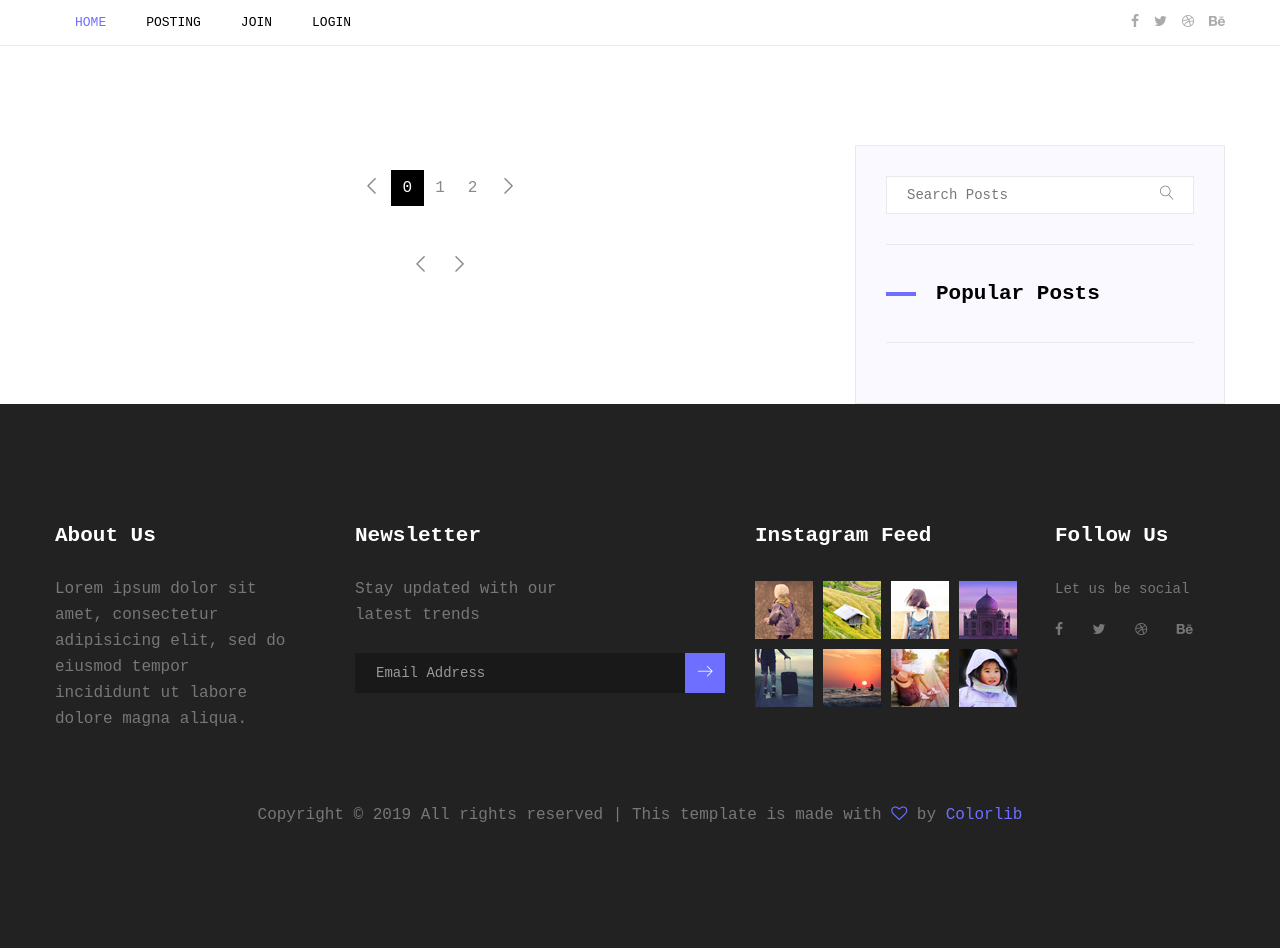
Repository: heonyKim/JSP
Page: http://localhost/blog/board?cmd=list&page=1
The author's editor kept a copy of each file at every save. The page is drawn from the files as they stood at one save, then again after the next save.
The browser window is 1280 px wide. The pictures show the whole page.
Some web fonts or font styles are not loaded; a fallback is used. The page is served by Tomcat 9. Other server files are loaded and not shown. Queries for data that is not in the repository find no rows.

Above is the page before, as saved 2019-11-01 00:25:21.

### blog_project/blog/WebContent/board/list.jsp
<%@ page language="java" contentType="text/html; charset=UTF-8" pageEncoding="UTF-8"%>
<%@ taglib prefix="c" uri="http://java.sun.com/jsp/jstl/core"%>


<!-- import nav.jsp -->
<%@ include file="/include/nav.jsp"%>

<!--================Blog Area =================-->
<section class="blog_area">
	<div class="container">
		<div class="row">
			<div class="col-lg-8">
				<div class="blog_left_sidebar">


					<!-- 페이징 하기 -->
					<nav class="blog-pagination justify-content-center d-flex">
						<ul class="pagination">
							<li class="page-item"><a href="/blog/board?cmd=list&page=${param.page-1}" class="page-link" aria-label="Previous"> <span aria-hidden="true"> <span class="lnr lnr-chevron-left"></span>
								</span>
							</a></li>
						<li class="page-item active"><a href="#" class="page-link">${param.page-1}</a></li>
						<li class="page-item"><a href="#" class="page-link">${param.page}</a></li>
						<li class="page-item"><a href="#" class="page-link">${param.page+1}</a></li>



							<li class="page-item"><a href="/blog/board?cmd=list&page=${param.page+1}" class="page-link" aria-label="Next"> <span aria-hidden="true"> <span class="lnr lnr-chevron-right"></span>
								</span>
							</a></li>
						</ul>
					</nav>
					<!-- 페이징 끝 -->

					<c:forEach var="board" items="${boards}">
						<!--시작-->
						<article class="blog_style1">
							<div class="blog_img">
								<img class="img-fluid" style="width: 100%; max-height: 340px;" src="${board.previewImg}" alt="">
							</div>
							<div class="blog_text">
								<div class="blog_text_inner">
									<div class="cat">
										<a class="cat_btn" href="#">${board.username }</a> <a href="#"><i class="fa fa-calendar" aria-hidden="true"></i> ${board.createDate }</a> <a href="#"><i class="fa fa-comments-o"
											aria-hidden="true"></i> ${board.readCount }</a>
									</div>
									<a href="#"><h4>${board.title}</h4></a>
									<div class="board_list_content">${board.content }</div>
									<a class="blog_btn" href="/blog/board?cmd=detail&id=${board.id}">Read More</a>
								</div>
							</div>
						</article>
						<!--끄읕 -->
					</c:forEach>


					<!-- 페이징 하기 -->
					<nav class="blog-pagination justify-content-center d-flex">
						<ul class="pagination">
							<li class="page-item"><a href="/blog/board?cmd=list&page=${param.page-1}" class="page-link" aria-label="Previous"> <span aria-hidden="true"> <span class="lnr lnr-chevron-left"></span>
								</span>
							</a></li>

							<li class="page-item"><a href="/blog/board?cmd=list&page=${param.page+1}" class="page-link" aria-label="Next"> <span aria-hidden="true"> <span class="lnr lnr-chevron-right"></span>
								</span>
							</a></li>
						</ul>
					</nav>
					<!-- 페이징 끝 -->

				</div>
			</div>
			<div class="col-lg-4">
				<div class="blog_right_sidebar">
					<aside class="single_sidebar_widget search_widget">
						<div class="input-group">
							<input type="text" class="form-control" placeholder="Search Posts"> <span class="input-group-btn">
								<button class="btn btn-default" type="button">
									<i class="lnr lnr-magnifier"></i>
								</button>
							</span>
						</div>
						<!-- /input-group -->
						<div class="br"></div>
					</aside>

					<aside class="single_sidebar_widget popular_post_widget">
						<h3 class="widget_title">Popular Posts</h3>


						<!-- 인기게시물 TOP3 -->
						<c:forEach var="board" items="${hotBoards}">

							<div class="media post_item">
								<img src="${board.previewImg}" width="100px" height="60px" alt="post">
								<div class="media-body">
									<a href="/blog/board?cmd=detail&id=${board.id}"><h3>${board.title }</h3></a>
									<p>${board.createDate}</p>
								</div>
							</div>

						</c:forEach>
						<!-- 인기게시물 TOP3 -->


						<div class="br"></div>
					</aside>
				</div>
			</div>
		</div>
	</div>
</section>


<!--================Blog Area =================-->

<!-- import footer.jsp -->
<%@ include file="/include/footer.jsp"%>

### blog_project/blog/WebContent/include/nav.jsp
<%@ page language="java" contentType="text/html; charset=UTF-8" pageEncoding="UTF-8"%>
<%@ taglib prefix="c" uri="http://java.sun.com/jsp/jstl/core"%>
<!doctype html>
<html lang="en">
<head>
<!-- Required meta tags -->
<meta charset="utf-8">
<meta name="viewport" content="width=device-width, initial-scale=1, shrink-to-fit=no">
<link rel="icon" href="/blog/img/favicon.png" type="image/png">
<title>Blog</title>
<!-- Bootstrap CSS -->
<link rel="stylesheet" href="/blog/css/bootstrap.css">
<link rel="stylesheet" href="/blog/vendors/linericon/style.css">
<link rel="stylesheet" href="/blog/css/font-awesome.min.css">
<link rel="stylesheet" href="/blog/vendors/owl-carousel/owl.carousel.min.css">
<link rel="stylesheet" href="/blog/vendors/lightbox/simpleLightbox.css">
<link rel="stylesheet" href="/blog/vendors/nice-select/css/nice-select.css">
<link rel="stylesheet" href="/blog/vendors/animate-css/animate.css">
<link rel="stylesheet" href="/blog/vendors/jquery-ui/jquery-ui.css">
<!-- main css -->
<link rel="stylesheet" href="/blog/css/style.css">
<link rel="stylesheet" href="/blog/css/responsive.css">
<style>
.board_list_content {
	display:block;
	display: -webkit-box;
	-webkit-box-orient: vertical;
	text-align: left;
	overflow: hidden;
	text-overflow: ellipsis;
	white-space: normal;
	line-height: 1.4;
	height : 2.6em;
	-webkit-line-clamp: 2;
	margin-bottom: 20px;
	word-break: break-all;
}
</style>
</head>
<body>

	<!--================Header Menu Area =================-->
	<header class="header_area">
		<div class="main_menu">
			<nav class="navbar navbar-expand-lg navbar-light">
				<div class="container box_1620">
					<!-- Brand and toggle get grouped for better mobile display -->
					<a class="navbar-brand logo_h" href="/blog/index.jsp"><img src="/blog/img/logo.png" alt=""></a>
					<button class="navbar-toggler" type="button" data-toggle="collapse" data-target="#navbarSupportedContent" aria-controls="navbarSupportedContent" aria-expanded="false"
						aria-label="Toggle navigation">
						<span class="icon-bar"></span> <span class="icon-bar"></span> <span class="icon-bar"></span>
					</button>
					<!-- Collect the nav links, forms, and other content for toggling -->
					<div class="collapse navbar-collapse offset" id="navbarSupportedContent">
						<ul class="nav navbar-nav menu_nav">
							<li class="nav-item active"><a class="nav-link" href="/blog/index.jsp">Home</a></li>
							<li class="nav-item"><a class="nav-link" href="/blog/board/write.jsp">Posting</a></li>




							<c:choose>
								<c:when test="${empty sessionScope.user}">
									<li class="nav-item"><a class="nav-link" href="/blog/user/join.jsp">Join</a></li>
									<li class="nav-item"><a class="nav-link" href="/blog/user/login.jsp">LOGIN</a></li>

								</c:when>
								<c:otherwise>
									<li class="nav-item"><a class="nav-link" href="/blog/user/update.jsp">PROFILE</a></li>
									<li class="nav-item"><a class="nav-link" href="/blog/user?cmd=logout">LOGOUT</a></li>
								</c:otherwise>
							</c:choose>



						</ul>
						<ul class="nav navbar-nav navbar-right header_social ml-auto">
							<li class="nav-item"><a href="#"><i class="fa fa-facebook"></i></a></li>
							<li class="nav-item"><a href="#"><i class="fa fa-twitter"></i></a></li>
							<li class="nav-item"><a href="#"><i class="fa fa-dribbble"></i></a></li>
							<li class="nav-item"><a href="#"><i class="fa fa-behance"></i></a></li>
						</ul>
					</div>
				</div>
			</nav>
		</div>

	</header>
	<!--================Header Menu Area =================-->

### blog_project/blog/WebContent/include/footer.jsp
<%@ page language="java" contentType="text/html; charset=UTF-8" pageEncoding="UTF-8"%>
<!DOCTYPE html>
<html>
<head>
<meta charset="UTF-8">
<title>Insert title here</title>
</head>
<body>
	<!--================ start footer Area  =================-->
	<footer class="footer-area p_120">
		<div class="container">
			<div class="row">
				<div class="col-lg-3  col-md-6 col-sm-6">
					<div class="single-footer-widget">
						<h6 class="footer_title">About Us</h6>
						<p>Lorem ipsum dolor sit amet, consectetur adipisicing elit, sed do eiusmod tempor incididunt ut labore dolore magna aliqua.</p>
					</div>
				</div>
				<div class="col-lg-4 col-md-6 col-sm-6">
					<div class="single-footer-widget">
						<h6 class="footer_title">Newsletter</h6>
						<p>Stay updated with our latest trends</p>
						<div id="mc_embed_signup">
							<form target="_blank" action="https://spondonit.us12.list-manage.com/subscribe/post?u=1462626880ade1ac87bd9c93a&amp;id=92a4423d01" method="get" class="subscribe_form relative">
								<div class="input-group d-flex flex-row">
									<input name="EMAIL" placeholder="Email Address" onfocus="this.placeholder = ''" onblur="this.placeholder = 'Email Address '" required="" type="email">
									<button class="btn sub-btn">
										<span class="lnr lnr-arrow-right"></span>
									</button>
								</div>
								<div class="mt-10 info"></div>
							</form>
						</div>
					</div>
				</div>
				<div class="col-lg-3 col-md-6 col-sm-6">
					<div class="single-footer-widget instafeed">
						<h6 class="footer_title">Instagram Feed</h6>
						<ul class="list instafeed d-flex flex-wrap">
							<li><img src="/blog/img/instagram/Image-01.jpg" alt=""></li>
							<li><img src="/blog/img/instagram/Image-02.jpg" alt=""></li>
							<li><img src="/blog/img/instagram/Image-03.jpg" alt=""></li>
							<li><img src="/blog/img/instagram/Image-04.jpg" alt=""></li>
							<li><img src="/blog/img/instagram/Image-05.jpg" alt=""></li>
							<li><img src="/blog/img/instagram/Image-06.jpg" alt=""></li>
							<li><img src="/blog/img/instagram/Image-07.jpg" alt=""></li>
							<li><img src="/blog/img/instagram/Image-08.jpg" alt=""></li>
						</ul>
					</div>
				</div>
				<div class="col-lg-2 col-md-6 col-sm-6">
					<div class="single-footer-widget f_social_wd">
						<h6 class="footer_title">Follow Us</h6>
						<p>Let us be social</p>
						<div class="f_social">
							<a href="#"><i class="fa fa-facebook"></i></a> <a href="#"><i class="fa fa-twitter"></i></a> <a href="#"><i class="fa fa-dribbble"></i></a> <a href="#"><i class="fa fa-behance"></i></a>
						</div>
					</div>
				</div>
			</div>
			<div class="row footer-bottom d-flex justify-content-between align-items-center">
				<p class="col-lg-12 footer-text text-center">
					<!-- Link back to Colorlib can't be removed. Template is licensed under CC BY 3.0. -->
					Copyright &copy;
					<script>
						document.write(new Date().getFullYear());
					</script>
					All rights reserved | This template is made with <i class="fa fa-heart-o" aria-hidden="true"></i> by <a href="https://colorlib.com" target="_blank">Colorlib</a>
					<!-- Link back to Colorlib can't be removed. Template is licensed under CC BY 3.0. -->
				</p>
			</div>
		</div>
	</footer>
	<!--================ End footer Area  =================-->




	<!-- Optional JavaScript -->
	<!-- jQuery first, then Popper.js, then Bootstrap JS -->
	<script src="/blog/js/jquery-3.2.1.min.js"></script>
	<script src="/blog/js/popper.js"></script>
	<script src="/blog/js/bootstrap.min.js"></script>
	<script src="/blog/js/stellar.js"></script>
	<script src="/blog/vendors/lightbox/simpleLightbox.min.js"></script>
	<script src="/blog/vendors/nice-select/js/jquery.nice-select.min.js"></script>
	<script src="/blog/vendors/isotope/imagesloaded.pkgd.min.js"></script>
	<script src="/blog/vendors/isotope/isotope-min.js"></script>
	<script src="/blog/vendors/owl-carousel/owl.carousel.min.js"></script>
	<script src="/blog/vendors/jquery-ui/jquery-ui.js"></script>
	<script src="/blog/js/jquery.ajaxchimp.min.js"></script>
	<script src="/blog/js/mail-script.js"></script>
	<script src="/blog/js/theme.js"></script>
	<script src=""></script>
	<script src=""></script>
</body>
</html>

### blog_project/blog/src/com/cos/controller/BoardController.java
package com.cos.controller;

import java.io.IOException;

import javax.servlet.ServletException;
import javax.servlet.annotation.WebServlet;
import javax.servlet.http.HttpServlet;
import javax.servlet.http.HttpServletRequest;
import javax.servlet.http.HttpServletResponse;

import com.cos.action.Action;
import com.cos.action.board.BoardFactory;
import com.cos.action.user.UserFactory;

/*
 *  http://localhost:8000/blog/board?cmd=list
 */

@WebServlet("/board")
public class BoardController extends HttpServlet {
	private static final long serialVersionUID = 1L;

    public BoardController() { super();}

	protected void doGet(HttpServletRequest request, HttpServletResponse response) throws ServletException, IOException {
		//1. 들어오는 모든 문자를 UTF-8로 인코딩
		request.setCharacterEncoding("UTF-8");
		//2. command 처리
		String cmd = request.getParameter("cmd");
		//3. command 검증
		if(cmd == null || cmd.equals("")) {
			cmd = "list";
		}
		//4. Factory 연결
		Action action = BoardFactory.getAction(cmd);
		//5. execute 실행
		if(action != null) {
			action.execute(request, response);
		}
	}


	protected void doPost(HttpServletRequest request, HttpServletResponse response) throws ServletException, IOException {
		doGet(request, response);
	}
}

### blog_project/blog/src/com/cos/action/board/BoardFactory.java
package com.cos.action.board;

import com.cos.action.Action;
import com.cos.action.BoardWriteAction;

public class BoardFactory {
	public static Action getAction(String cmd) {

		if(cmd.equals("write")){
			return new BoardWriteAction();
		}else if(cmd.equals("list")){
			return new BoardListAction();
		}else if(cmd.equals("detail")) {
			return new BoardDetailAction();
		}else if(cmd.equals("delete")) {
			return new BoardDeleteAction();
		}else if(cmd.equals("updateForm")) {
			return new BoardUpdateFormAction();
		}else if(cmd.equals("updateBoard")) {
			return new BoardUpdateBoard();
		}

		return null;
	}
}

### blog_project/blog/src/com/cos/action/Action.java
package com.cos.action;

import java.io.IOException;
import javax.servlet.ServletException;
import javax.servlet.http.HttpServletRequest;
import javax.servlet.http.HttpServletResponse;

public interface Action {
	public void execute(HttpServletRequest request, HttpServletResponse response) throws ServletException, IOException;
}

### blog_project/blog/src/com/cos/action/board/BoardListAction.java
package com.cos.action.board;

import java.io.IOException;
import java.util.ArrayList;
import java.util.List;

import javax.servlet.RequestDispatcher;
import javax.servlet.ServletException;
import javax.servlet.http.HttpServletRequest;
import javax.servlet.http.HttpServletResponse;

import com.cos.action.Action;
import com.cos.dao.BoardDao;
import com.cos.model.Board;
import com.cos.util.Utils;

public class BoardListAction implements Action{

	private final static String TAG="BoardListAction : ";

	@Override
	public void execute(HttpServletRequest request, HttpServletResponse response) throws ServletException, IOException {

		if(request.getParameter("page")==null) return;

		int page = Integer.parseInt(request.getParameter("page"));


		//page<=0 혹은 page>maxNum 버튼 비활성화

		if(page <=0) {
			page = 1;
		}

		BoardDao bDao = new BoardDao();
		List<Board> boards = bDao.findAll(page);
		List<Board> hotBoards = bDao.findOrderByReadCountDesc();

		Utils.setPreviewImg(boards);		//이미지를 previewImg에 저장
		Utils.setPreviewContent(boards);	//이미지 태그 제거
		Utils.setPreviewImg(hotBoards);		//이미지를 prviewImg에 저장(추가)

		request.setAttribute("boards", boards);
		request.setAttribute("hotBoards", hotBoards);

		RequestDispatcher dis =request.getRequestDispatcher("/board/list.jsp");
		dis.forward(request, response);
	}

}

### blog_project/blog/src/com/cos/dao/DBConn.java
package com.cos.dao;

import java.sql.Connection;

import javax.naming.Context;
import javax.naming.InitialContext;
import javax.sql.DataSource;

public class DBConn {
	public static Connection getConnection() {


		try {
			Context initContext = new InitialContext();
			Context envContext  = (Context)initContext.lookup("java:/comp/env");
			DataSource ds = (DataSource)envContext.lookup("jdbc/TestDB");
			Connection conn = ds.getConnection();
			System.out.println("DB 연결성공");
			return conn;
		} catch (Exception e) {
			System.out.println("DB 연결실패");
			e.printStackTrace();
		}
		return null;

	}
}

### blog_project/blog/src/com/cos/util/DBClose.java
package com.cos.util;

import java.sql.Connection;
import java.sql.PreparedStatement;
import java.sql.ResultSet;
import java.sql.SQLException;

public class DBClose {

	/*
	 * DML(INSERT,UPDATE,DELETE) CLOSE
	 */
	public static void close(Connection conn, PreparedStatement pstmt) {
		try {
			conn.close();
			pstmt.close();
		} catch (SQLException e) {
			e.printStackTrace();
		}
	}



	/*
	 * DQL(SELECT) CLOSE
	 */
	public static void close(Connection conn, PreparedStatement pstmt, ResultSet rs) {
		try {
			conn.close();
			pstmt.close();
			rs.close();
		} catch (SQLException e) {
			e.printStackTrace();
		}
	}



}

### blog_project/blog/src/com/cos/util/Utils.java
package com.cos.util;

import java.util.List;

import org.jsoup.Jsoup;
import org.jsoup.nodes.Document;
import org.jsoup.nodes.Element;
import org.jsoup.select.Elements;
import org.junit.jupiter.api.Test;

import com.cos.model.Board;

public class Utils {

	// 미리보기 내용을 세팅하기
	public static void setPreviewContent(List<Board> boards) {

		for (Board board : boards) {

			Document doc = Jsoup.parse(board.getContent()); // 원하는 String을 HTML 형식으로 문서화
			Elements ets = doc.select("img");

			if (ets != null) {
				for (Element et : ets) {
					et.remove();
				}
			}
			board.setContent(doc.toString());
		}

	}

	// 미리보기 이미지 세팅하기

	public static void setPreviewImg(List<Board> boards) {

		for (Board board : boards) {

			Document doc = Jsoup.parse(board.getContent());

			Element uet = doc.selectFirst("a");
			Element et = doc.selectFirst("img");

			if (et != null) {

				String previewImg = et.attr("src"); // https://~

				board.setPreviewImg(previewImg);

			} else if (uet != null) {
				String href = uet.attr("href");
				if (href.contains("https://www.youtube.com/watch")) {
					String video[] = href.split("=");
					String v = video[1];
					String youtubeThumbnail = "https://img.youtube.com/vi/" + v + "/hqdefault.jpg";
					board.setPreviewImg(youtubeThumbnail);
				}

			} else {
				board.setPreviewImg("/blog/img/home-blog/blog-1.jpg");
			}
		}

	}

	// 유튜브 미리보기화면 세팅하기
	public static void setPreviewYoutube(Board board) {

		Document doc = Jsoup.parse(board.getContent());
//		System.out.println(doc);
		Elements ets = doc.select("a");

		if (ets != null) {
			for (Element et : ets) {
				String href = et.attr("href");
//				System.out.println("href : " + href);
				if (href.contains("https://www.youtube.com/watch") && !et.text().equals("")) {
					String video[] = href.split("=");
					String v = video[1];
//					System.out.println(v);

					String iframe = "<br><iframe src = 'https://www.youtube.com/embed/" + v + "' "
							+ "width='600px' height='350px' allowfullscreen>";
//					System.out.println(iframe);

					et.after(iframe);
//					System.out.println(et.after(doc));

				}
				board.setContent(doc.toString());// board 완성
			}
		} // end of if

	}// end of function

	@Test
	public void previewYoutubeTest() {

		String content = "<a href = 'https://www.youtube.com/watch?v=ysAnT3QBLZE'>https://www.youtube.com/watch?v=ysAnT3QBLZE</a>";
		Document doc = Jsoup.parse(content);
//		System.out.println(doc);
		Elements ets = doc.select("a");

		if (ets != null) {
			for (Element et : ets) {
				String href = et.attr("href");

				System.out.println(et.text());

//				System.out.println("href : " + href);
				if (href.contains("https://" + "www.youtube.com/watch")) {
					String video[] = href.split("=");
					String v = video[1];
//					System.out.println(v);
					String iframe = "<br><iframe src = 'https://www.youtube.com/embed/" + v + "' "
							+ "width='600px' height='350px' allowfullscreen>";
//					System.out.println(iframe);
					et.after(iframe);
					System.out.println("");
					System.out.println(doc.toString());
				}

			}
		} // end of if

	}// end of function

}

Loaded but not shown: blog_project/blog/WebContent/css/bootstrap.css (library); blog_project/blog/WebContent/vendors/linericon/style.css (library); blog_project/blog/WebContent/css/font-awesome.min.css (library); blog_project/blog/WebContent/vendors/owl-carousel/owl.carousel.min.css (common file); blog_project/blog/WebContent/vendors/lightbox/simpleLightbox.css (library); blog_project/blog/WebContent/vendors/nice-select/css/nice-select.css (library); blog_project/blog/WebContent/vendors/animate-css/animate.css (library); blog_project/blog/WebContent/vendors/jquery-ui/jquery-ui.css (library); blog_project/blog/WebContent/js/jquery-3.2.1.min.js (library); blog_project/blog/WebContent/js/popper.js (library); blog_project/blog/WebContent/js/bootstrap.min.js (library); blog_project/blog/WebContent/js/stellar.js (library); blog_project/blog/WebContent/vendors/lightbox/simpleLightbox.min.js (library); blog_project/blog/WebContent/vendors/nice-select/js/jquery.nice-select.min.js (common file); blog_project/blog/WebContent/vendors/isotope/imagesloaded.pkgd.min.js (library); blog_project/blog/WebContent/vendors/isotope/isotope-min.js (library); blog_project/blog/WebContent/vendors/owl-carousel/owl.carousel.min.js (library); blog_project/blog/WebContent/vendors/jquery-ui/jquery-ui.js (library); blog_project/blog/WebContent/js/jquery.ajaxchimp.min.js (library); blog_project/blog/WebContent/js/theme.js (283 lines, source omitted); blog_project/blog/WebContent/js/mail-script.js (31 lines, source omitted); blog_project/blog/WebContent/css/style.css (3905 lines, source omitted); blog_project/blog/WebContent/css/responsive.css (373 lines, source omitted); blog_project/blog/src/com/cos/dao/BoardDao.java (222 lines, source omitted)

After the next save:
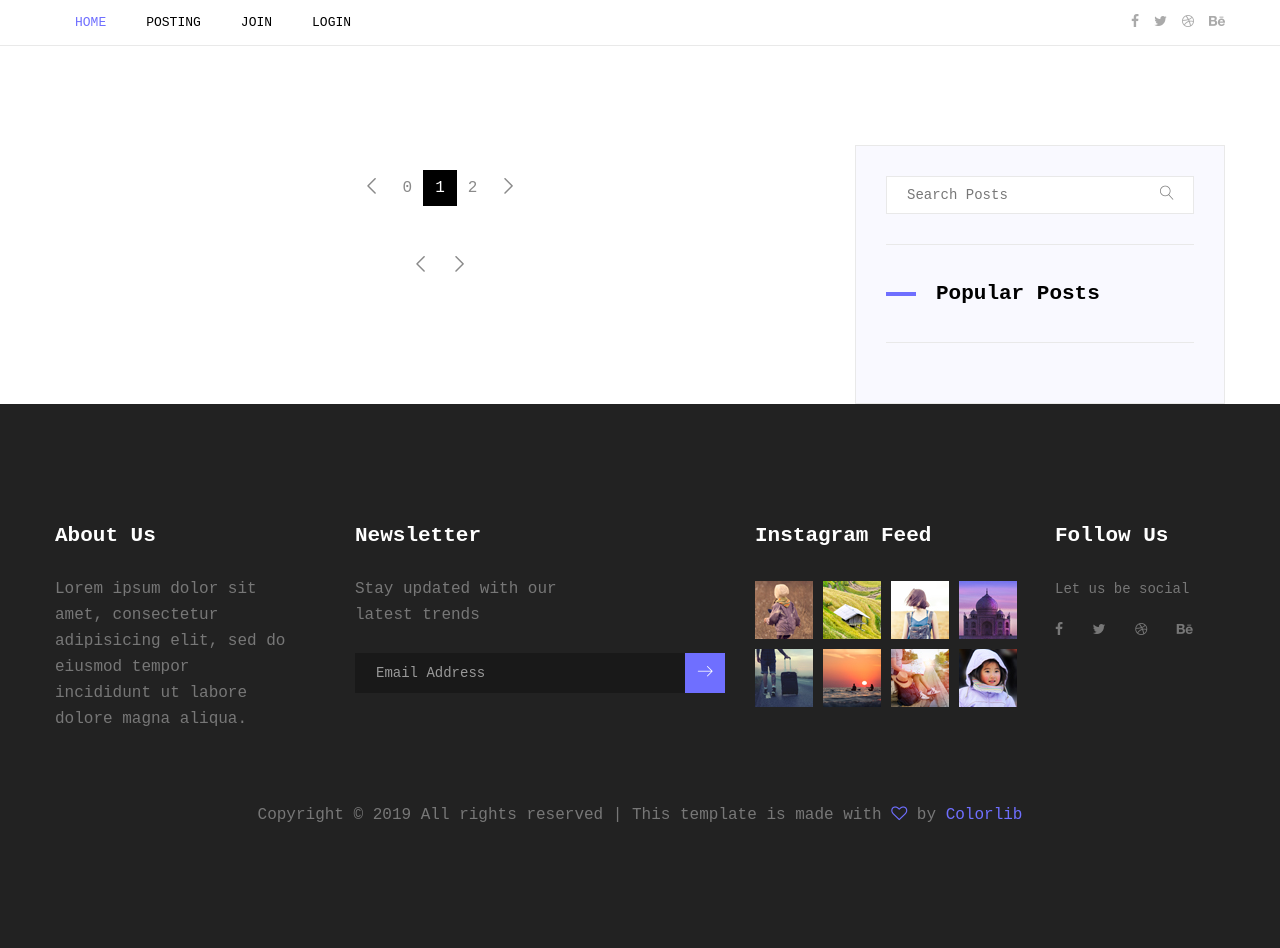
Saved 7 s later.
--- a/blog_project/blog/WebContent/board/list.jsp
+++ b/blog_project/blog/WebContent/board/list.jsp
@@ -19,8 +19,8 @@
 							<li class="page-item"><a href="/blog/board?cmd=list&page=${param.page-1}" class="page-link" aria-label="Previous"> <span aria-hidden="true"> <span class="lnr lnr-chevron-left"></span>
 								</span>
 							</a></li>
-						<li class="page-item active"><a href="#" class="page-link">${param.page-1}</a></li>
-						<li class="page-item"><a href="#" class="page-link">${param.page}</a></li>
+						<li class="page-item"><a href="#" class="page-link">${param.page-1}</a></li>
+						<li class="page-item active"><a href="#" class="page-link">${param.page}</a></li>
 						<li class="page-item"><a href="#" class="page-link">${param.page+1}</a></li>
 
 
